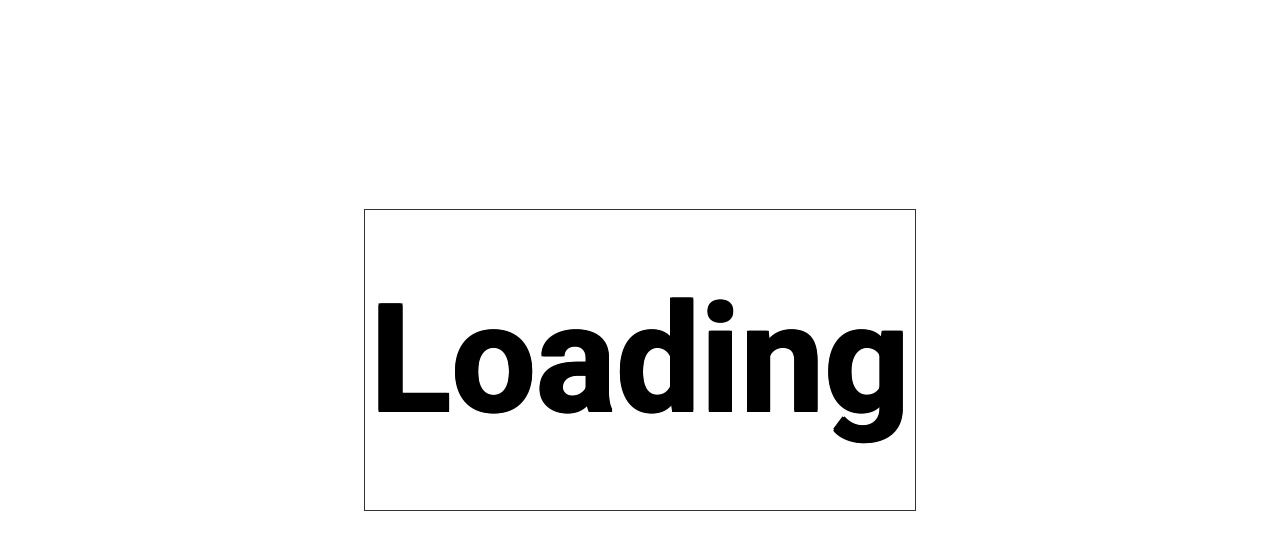
Repository: safak/animation
Page: index-4.html
An editor plug-in stored every save of this project. The page is shown before and after a run of saves, followed by the edit.
The browser window is 1280 px wide. The pictures show the whole page.

Above is the page before, as saved 2020-12-17 00:29:31.

After the next 2 saves:
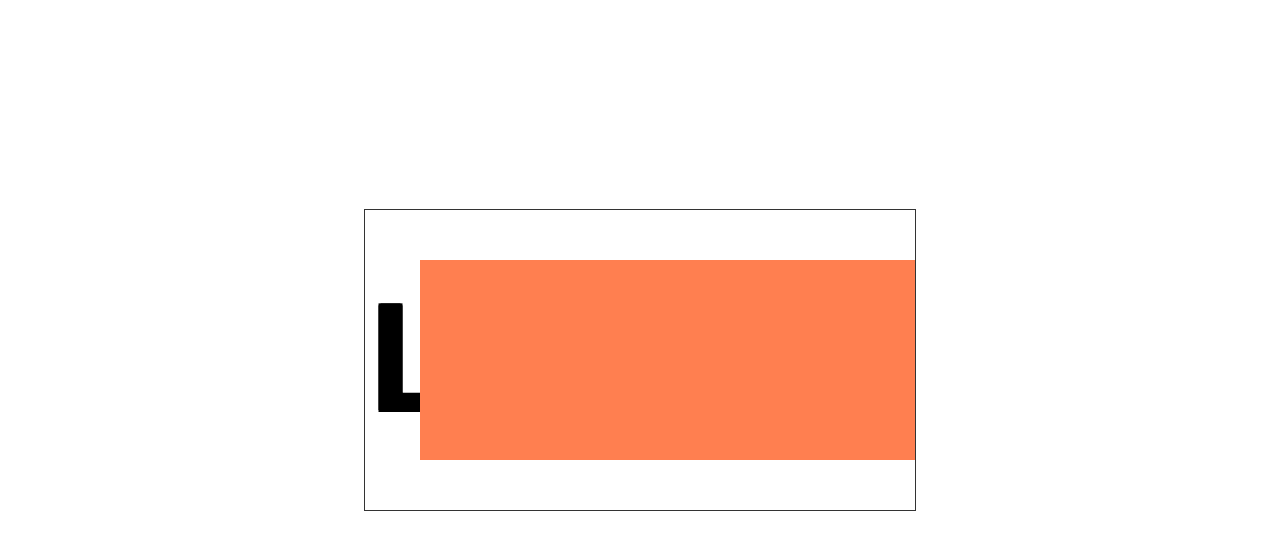
The 2 saves are shown as one change because they came seconds apart.
The last was saved 8 s later.
--- a/style.css
+++ b/style.css
@@ -166,7 +166,7 @@ h1 {
 
 .fill {
   position: absolute;
-  left: -100%;
+  left: 10%;
   width: 100%;
   height: 200px;
   background-color: coral;
